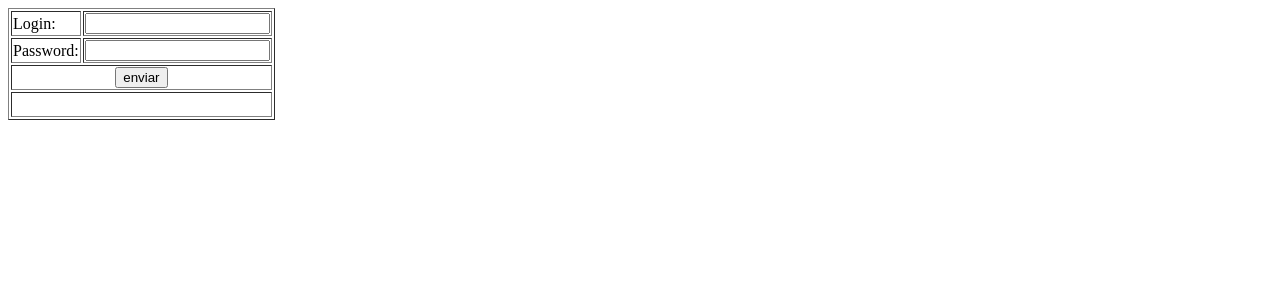
Repository: DaniloSanna/JavaEE
Page: http://localhost/Basic_HTML/
The author's editor kept a copy of each file at every save. The page is drawn from the files as they stood at one save, then again after the next save.
The browser window is 1280 px wide. The pictures show the whole page.
The page is served by Tomcat 10.

Above is the page before, as saved 2021-12-07 13:12:52.

After the next save:
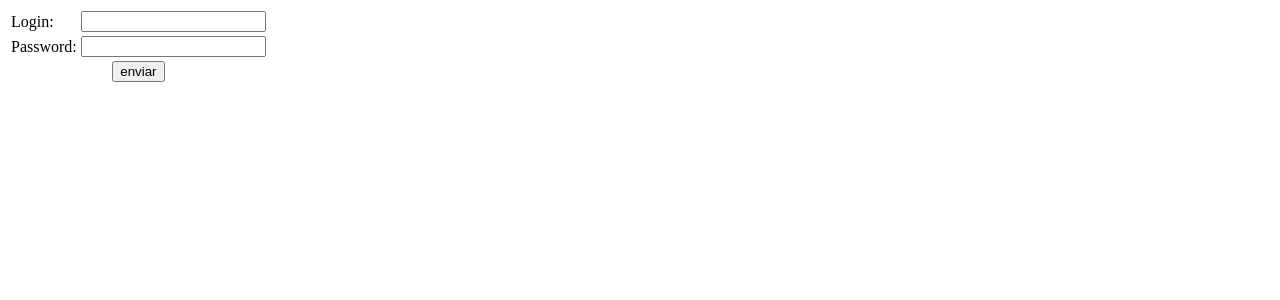
Saved 18 s later.
--- a/Basic_HTML/src/main/webapp/index.jsp
+++ b/Basic_HTML/src/main/webapp/index.jsp
@@ -8,7 +8,7 @@
 </head>
 <body>
 	<form action="ServLetLogin" method="post">
-		<table border="1">
+		<table border="0">
 			<tr>
 				<td>Login:</td>
 				<td><input name="login" type="text"></td>
